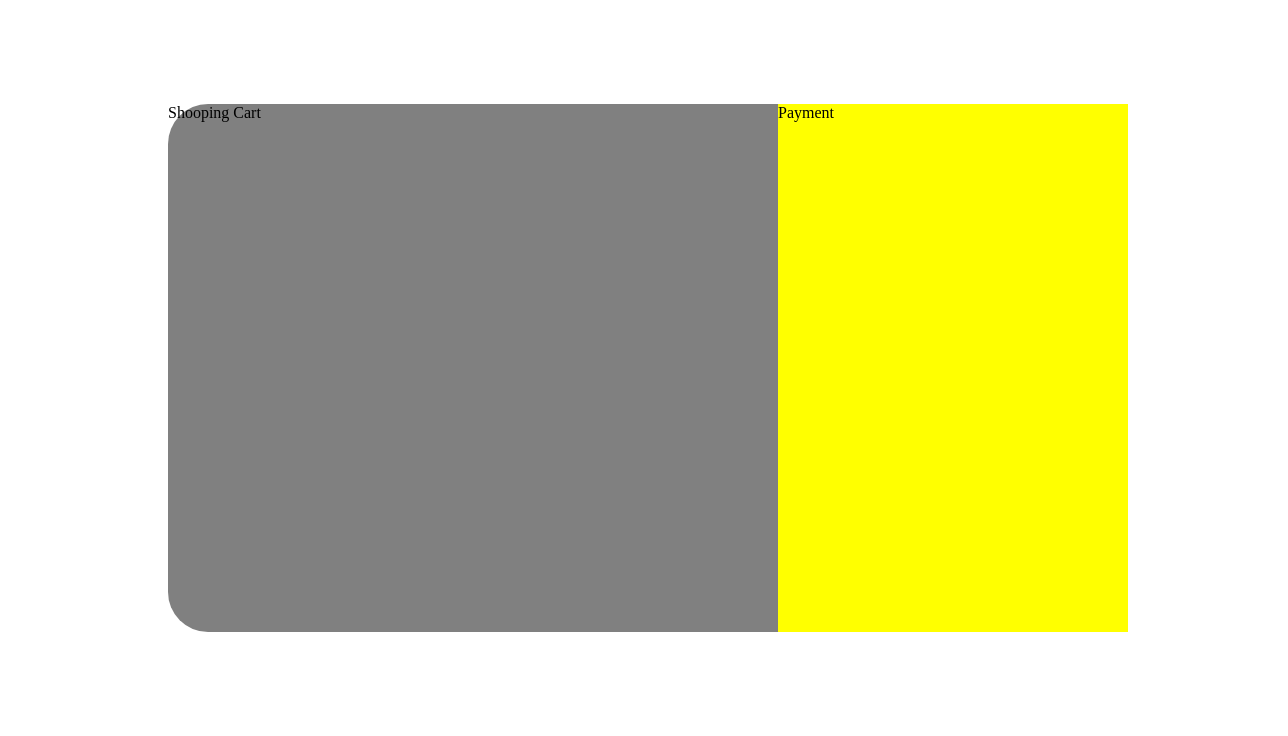
Repository: NDBaoFE/pizza-ordering-hiep
Page: /checkout
An editor plug-in stored every save of this project. The page is shown before and after the next save, followed by the edit.
The browser window is 1280 px wide. The page is 1288 px wide, so the pictures cover 1288 px, including what lies to the right of the window. The pictures show the whole page.
The project was rebuilt for these pictures with package versions that can differ from the ones it lists, and the page was loaded fresh each time.

Above is the page before, as saved 2022-08-27 21:51:23.

After the next save:
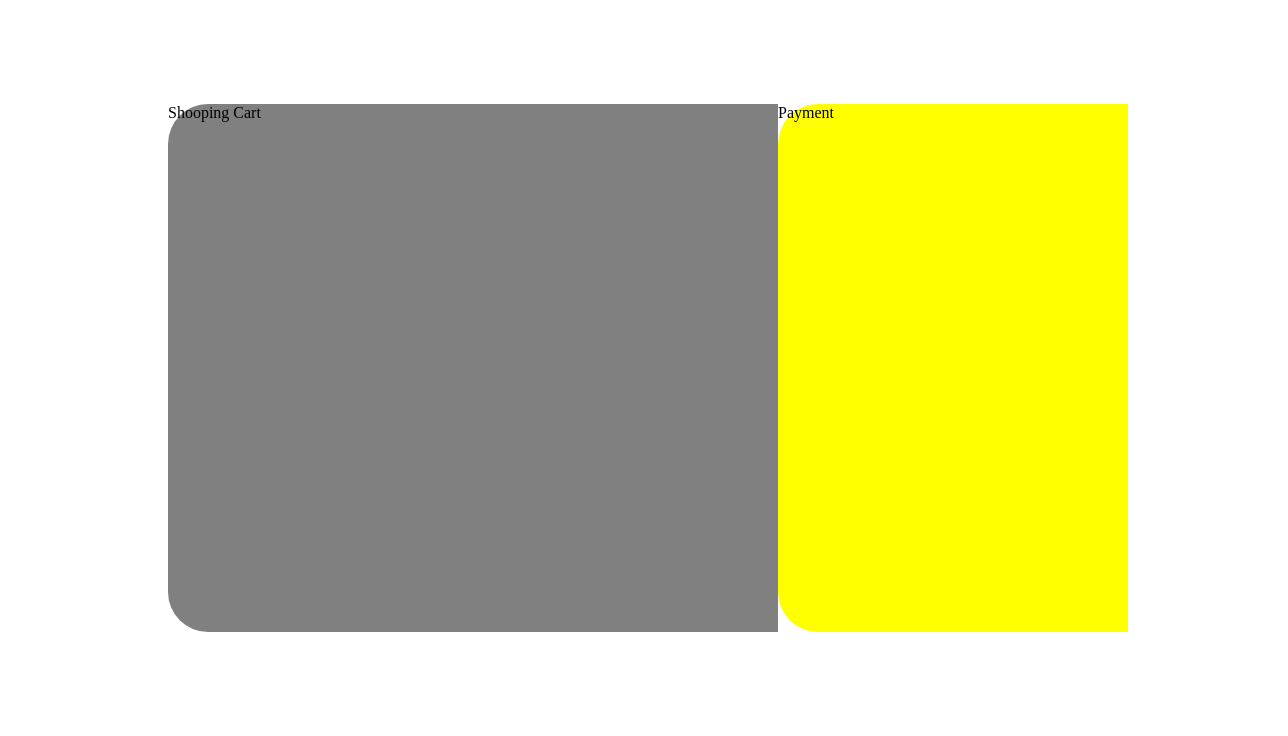
Saved 34 s later.
--- a/src/pages/Checkout/Checkout.styled.js
+++ b/src/pages/Checkout/Checkout.styled.js
@@ -18,4 +18,7 @@ export const Cart = styled.div`
 export const Payment = styled.div`
   min-width: 350px;
   background-color: yellow;
+  border-top-left-radius: 40px;
+
+  border-bottom-left-radius: 40px;
 `
